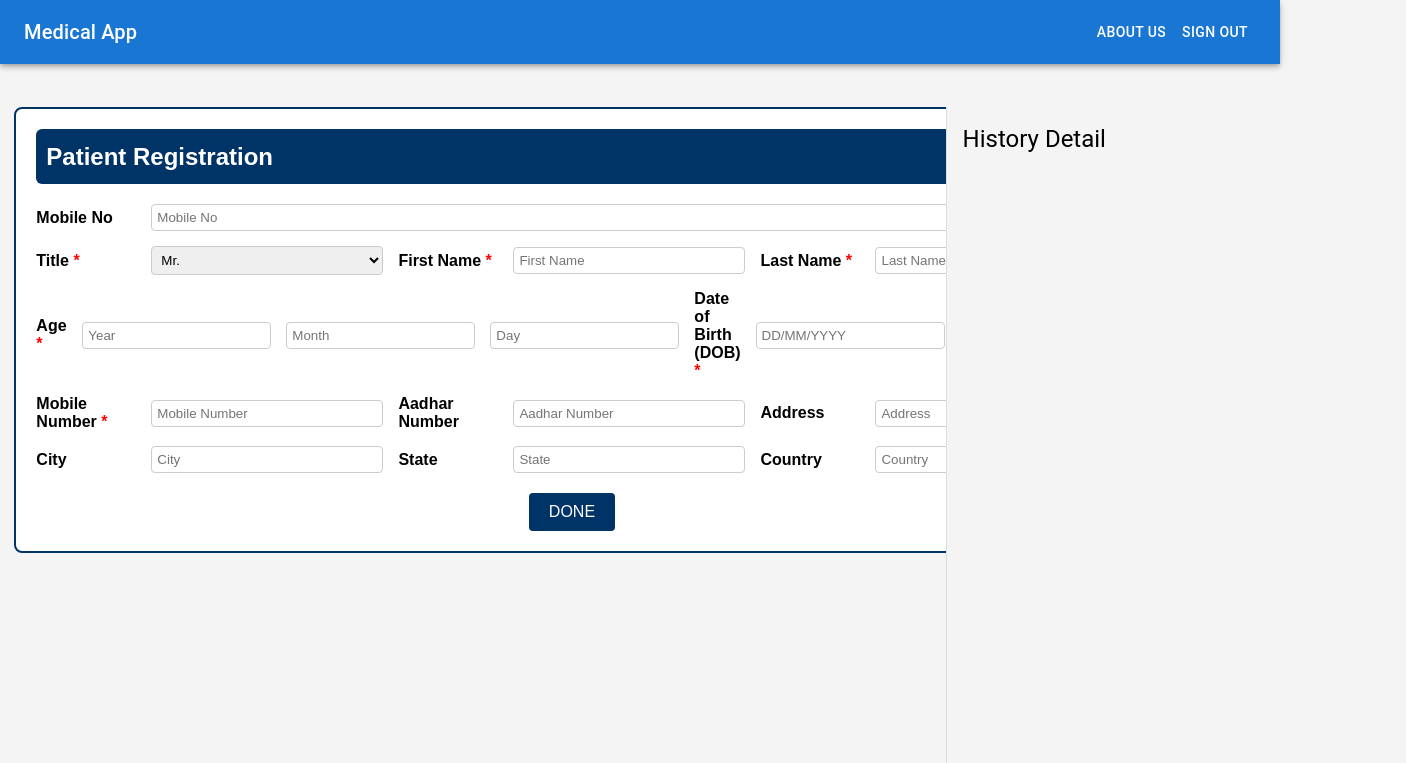
Repository: sshaiv/demo_project
Page: /
An editor plug-in stored every save of this project. The page is shown before and after the next save, followed by the edit.
The browser window is 1280 px wide. The page is 1406 px wide, so the pictures cover 1406 px, including what lies to the right of the window. The pictures show the whole page.
The project was rebuilt for these pictures with package versions that can differ from the ones it lists, and the page was loaded fresh each time.

Above is the page before, as saved 2024-08-12 22:04:56.

### src/App.js
// src/App.js
import React from 'react';
import { Box, Container } from '@mui/material';
import LeftSection from './components/LeftSection';
import RightSection from './components/RightSection';
import Header from './components/Header'; // Assuming you have a Header component
import NursingHeader from './components/NursingHeader';

const App = () => {
  return (
    <div>
      <Header /> {/* Include your header if you have one */}

      <Box
        sx={{
          position:'relative',
          top:'75px',
          display: 'flex',
          height: 'calc(100vh - 64px)', // Adjust height if you have a header
        }}
      >
        <Box sx={{ width: '70%', overflowY: 'scroll' }}>
          <LeftSection />
           <NursingHeader />
        </Box>
        <Box sx={{ width: '30%', borderLeft: '1px solid #ddd' }}>
          <RightSection />
        </Box>
      </Box>
    </div>
  );
};

export default App;

### src/components/LeftSection.jsx
// src/components/LeftSection.js
import React from 'react';
// import { Box, Typography, TextField, Grid } from '@mui/material';

const LeftSection = () => {
  return (
   <div></div>
  );
};

export default LeftSection;

### src/components/RightSection.jsx
// src/components/RightSection.js
import React from 'react';
import { Box, Typography } from '@mui/material';

const RightSection = () => {
  return (
    <Box
      sx={{
        width: '100%',
        height: 'calc(100vh - 64px)',
        padding: '16px',
        boxSizing: 'border-box',
      }}
    >
      <Typography variant="h5" gutterBottom>
        History Detail
      </Typography>
      {/* Add more content as needed */}
    </Box>
  );
};

export default RightSection;

### src/components/Header.js
import React from 'react';
import { AppBar, Toolbar, Typography, Button } from '@mui/material';

const Header = () => {
  return (
    <AppBar position="fixed">
      <Toolbar>
        <Typography variant="h6" style={{ flexGrow: 1 }}>
          Medical App
        </Typography>
        <Button color="inherit">About Us</Button>
        <Button color="inherit">Sign Out</Button>
      </Toolbar>
    </AppBar>
  );
};

export default Header;

### src/components/NursingHeader.js
// import React from "react";
import React, { useState } from "react";
import Modal from "./AddPatient";
import  '../cssfile/style.css'

const NursingHeader = () => {
    const [isModalOpen, setIsModalOpen] = useState(false);

    const openModal = () => {
      setIsModalOpen(true);
    };

    const closeModal = () => {
      setIsModalOpen(false);
    };

  return (
    <div id="NursingHeader" className="container-fluid">
      <div className="row">
        {/* Employee Image */}
        <div className="col-md-1">
          <img
            src="/assets/2000px-User_icon_2.svg.png"
            style={{
              width: "50px",
              height: "50px",
              marginRight: "10px",
              cursor: "pointer",
            }}
            alt=""
            onClick={() => console.log("Add Patient Clicked")}
          />
        </div>

        {/* Patient Information */}
        <div className="col-md-5">
          <div
            className="input-group input-group-sm"
            style={{ fontWeight: "bolder", border: "none" }}
          >
            <span
              id="txtPatName"
              style={{
                display: "inline",
                fontWeight: "bolder",
                border: "none",
              }}
            >
              {/* Patient Name */}
            </span>
            <span
              id="txtAgeSex"
              style={{
                display: "inline",
                fontWeight: "bolder",
                border: "none",
              }}
            >
              {/* Age and Sex */}
            </span>
            <span
              id="txtNurIpdNo"
              style={{
                display: "inline",
                fontWeight: "bolder",
                border: "none",
              }}
            >
              {/* Nurse IPD Number */}
            </span>
            <span
              id="txtMobNo"
              className="glyphicon glyphicon-phone"
              style={{
                display: "inline",
                fontWeight: "bolder",
                fontSize: "15px",
                border: "none",
              }}
            >
              {/* Mobile Number */}
            </span>
          </div>
        </div>

        {/* Action Buttons */}
        <div
        className="col-md-6"
        style={{ textAlign: "right", position: "relative", bottom: "40px" }}
      >
        <img
          src="/assets/addpatients.png"
          style={{
            width: "25px",
            height: "25px",
            marginRight: "10px",
            cursor: "pointer",
          }}
          alt="ADD"
          onClick={openModal}
        />
        <img
          src="/assets/info-button.png"
          style={{
            width: "25px",
            height: "25px",
            marginRight: "10px",
            cursor: "pointer",
          }}
          alt="Info"
          onClick={() => console.log("Info Button Clicked")}
        />
        <img
          src="/assets/refresh.png"
          style={{
            width: "25px",
            height: "25px",
            marginRight: "10px",
            cursor: "pointer",
          }}
          alt="Refresh"
          onClick={() => console.log("Refresh Clicked")}
        />
        <img
          src="/assets/printer.png"
          style={{
            width: "25px",
            height: "25px",
            marginRight: "10px",
            cursor: "pointer",
          }}
          alt="Print"
          onClick={() => console.log("Print Clicked")}
        />
        <img
          src="/assets/folder.png"
          style={{ width: "25px", height: "25px", cursor: "pointer" }}
          alt="Folder"
          onClick={() => console.log("Folder Clicked")}
        />
      </div>

      {/* Modal */}
      <Modal isOpen={isModalOpen} onClose={closeModal}>
        <h2>Add Patient</h2>
        <form>
          {/* Your form fields go here */}
          <div>
            <label>Name:</label>
            <input type="text" name="name" />
          </div>
          <div>
            <label>Age:</label>
            <input type="number" name="age" />
          </div>
          <div>
            <label>Gender:</label>
            <select name="gender">
              <option value="male">Male</option>
              <option value="female">Female</option>
            </select>
          </div>
          <button type="submit">Submit</button>
        </form>
      </Modal>
      </div>

      {/* Hidden Fields */}
      <div className="row">
        <div className="col-md-1" hidden>
          <label>Bed No.</label>
          <input
            id="txtBedNo"
            type="text"
            className="form-control form-control-readonly"
            readOnly
            disabled
          />
        </div>
        <div className="col-md-1" hidden>
          <label>Age</label>
          <input
            id="txtAge"
            type="text"
            className="form-control form-control-readonly"
            readOnly
            disabled
          />
        </div>
        <div className="col-md-1" hidden>
          <label>Gender</label>
          <input
            id="txtGender"
            type="text"
            className="form-control form-control-readonly"
            readOnly
            disabled
          />
        </div>
      </div>
    </div>
  );
};

// Reusable Button Component
const Button = ({ id, imgSrc, onClick, title, disabled }) => (
  <button
    id={id}
    className="btn btn-primary btn-sm"
    style={{ backgroundColor: "transparent" }}
    onClick={onClick}
    title={title}
    disabled={disabled}
  >
    <img
      src={imgSrc}
      style={{ width: "25px", height: "25px" }}
      alt={title || "button"}
    />
  </button>
);

export default NursingHeader;

### src/components/AddPatient.js
import React from 'react';
// import '/project/my-app/src/hms_css/NursingHeader.css';
import '../cssfile/style.css';

const AddPatient = () => {
  const handleDocumentPatientFile = (type) => {
    console.log(`Document Patient File Type: ${type}`);
  };

  const handleRefreshDocExmn = () => {
    console.log('Refresh Document Examination');
  };

  const handleGetReportDoctorExmnData = () => {
    console.log('Get Report Doctor Examination Data');
  };

  const handleOnClose = () => {
    console.log('Close');
  };

  return (
    <div className="container">
      <div className="header">
        <h2>Patient Registration</h2>
        <div className="buttons">
          <button className="refresh-btn" onClick={handleRefreshDocExmn}>
            &#x21bb;
          </button>
          <button className="close-btn" onClick={handleOnClose}>
            &#x2716;
          </button>
        </div>
      </div>
      <form className="patient-form">
        <div className="row">
          <label>Mobile No</label>
          <input type="text" placeholder="Mobile No" />
          <button className="search-btn">&#x1F50D;</button>
        </div>

        <div className="row">
          <label>
            Title <span className="required">*</span>
          </label>
          <select>
            <option>Mr.</option>
            <option>Mrs.</option>
            <option>Ms.</option>
          </select>

          <label>
            First Name <span className="required">*</span>
          </label>
          <input type="text" placeholder="First Name" />

          <label>
            Last Name <span className="required">*</span>
          </label>
          <input type="text" placeholder="Last Name" />
        </div>

        <div className="row">
          <label>
            Age <span className="required">*</span>
          </label>
          <input type="text" placeholder="Year" />
          <input type="text" placeholder="Month" />
          <input type="text" placeholder="Day" />

          <label>
            Date of Birth (DOB) <span className="required">*</span>
          </label>
          <input type="text" placeholder="DD/MM/YYYY" />

          <label>
            Gender <span className="required">*</span>
          </label>
          <select>
            <option>Male</option>
            <option>Female</option>
            <option>Other</option>
          </select>
        </div>

        <div className="row">
          <label>
            Mobile Number <span className="required">*</span>
          </label>
          <input type="text" placeholder="Mobile Number" />

          <label>Aadhar Number</label>
          <input type="text" placeholder="Aadhar Number" />

          <label>Address</label>
          <input type="text" placeholder="Address" />
        </div>

        <div className="row">
          <label>City</label>
          <input type="text" placeholder="City" />

          <label>State</label>
          <input type="text" placeholder="State" />

          <label>Country</label>
          <input type="text" placeholder="Country" />
        </div>

        <div className="footer">
          <button type="submit" className="done-btn">
            DONE
          </button>
        </div>
      </form>
    </div>
  );
};

export default AddPatient;

### src/cssfile/style.css
body {
    font-family: Arial, sans-serif;
    background-color: #f4f4f4;
    display: flex;
    justify-content: center;
    align-items: center;
    height: 100vh;
    margin: 0;
  }

  .container {
    background-color: white;
    width: 100%;
    border: 2px solid #003366;
    border-radius: 8px;
    padding: 20px;
  }

  .header {
    display: flex;
    justify-content: space-between;
    align-items: center;
    background-color: #003366;
    color: white;
    padding: 10px;
    border-radius: 6px;
  }

  .header h2 {
    margin: 0;
  }

  .buttons {
    display: flex;
    gap: 10px;
  }

  .buttons button {
    background-color: white;
    border: none;
    border-radius: 50%;
    padding: 8px;
    cursor: pointer;
    font-size: 16px;
  }

  .patient-form {
    margin-top: 20px;
  }

  .row {
    display: flex;
    align-items: center;
    margin-bottom: 15px;
    gap: 15px;
  }

  .row label {
    width: 100px;
    font-weight: bold;
  }

  .row input,
  .row select {
    flex: 1;
    padding: 5px;
    border: 1px solid #ccc;
    border-radius: 4px;
  }

  .row .required {
    color: red;
  }

  .search-btn {
    background-color: #fff;
    border: 1px solid #ccc;
    padding: 5px;
    cursor: pointer;
  }

  .footer {
    display: flex;
    justify-content: center;
    margin-top: 20px;
  }

  .done-btn {
    background-color: #003366;
    color: white;
    padding: 10px 20px;
    border: none;
    border-radius: 4px;
    cursor: pointer;
    font-size: 16px;
  }

Loaded but not shown: public/index.html (common file); src/index.js (common file); src/index.css (common file)

After the next save:
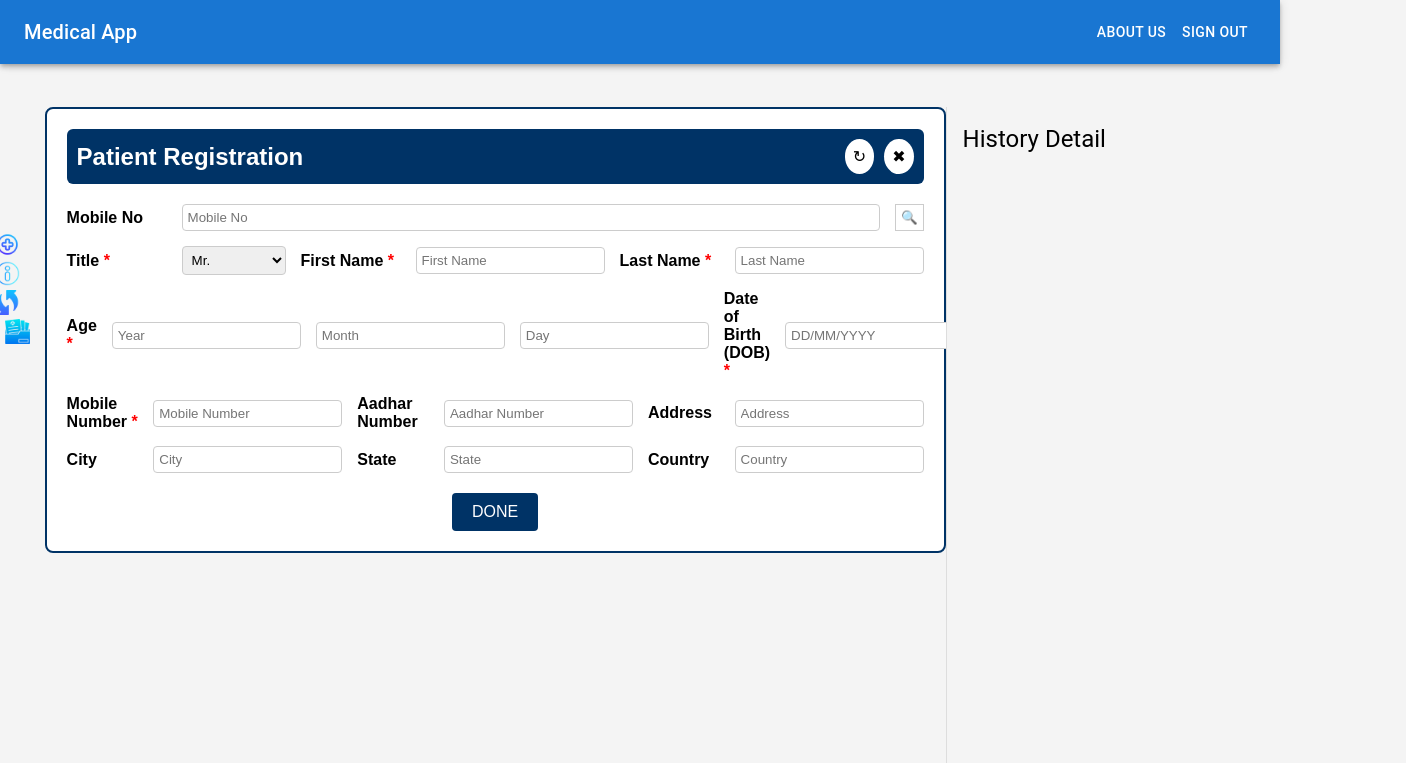
Saved 18 s later.
--- a/src/cssfile/style.css
+++ b/src/cssfile/style.css
@@ -10,7 +10,7 @@
 
   .container {
     background-color: white;
-    width: 100%;
+    width: 80%;
     border: 2px solid #003366;
     border-radius: 8px;
     padding: 20px;

After the save that followed:
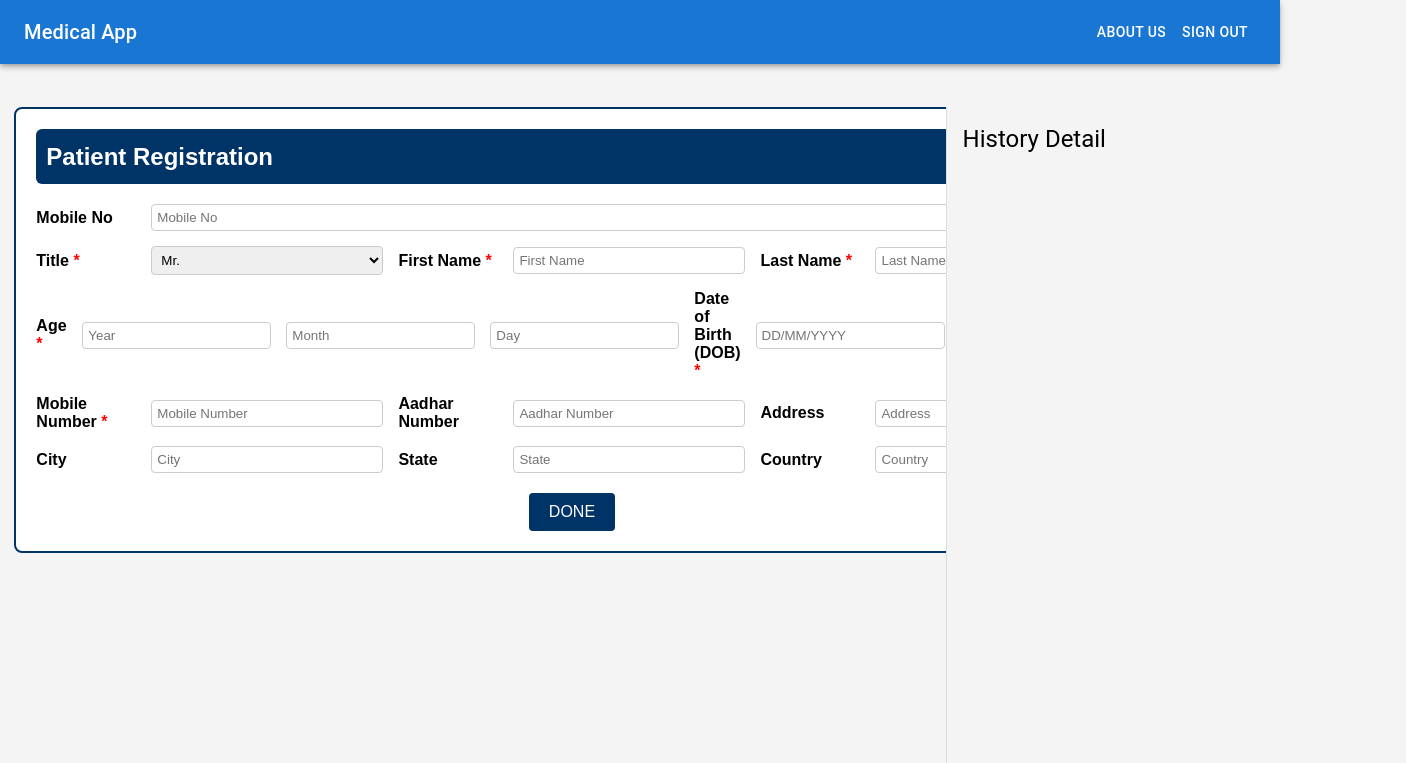
Saved 12 s later.
--- a/src/cssfile/style.css
+++ b/src/cssfile/style.css
@@ -10,7 +10,7 @@
 
   .container {
     background-color: white;
-    width: 80%;
+    width: 100%;
     border: 2px solid #003366;
     border-radius: 8px;
     padding: 20px;
